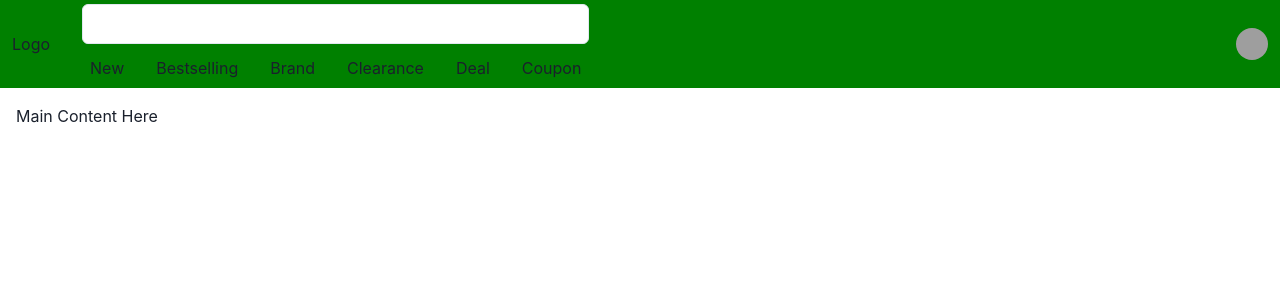
Repository: Vedprakas987/Shopee_cw24
Page: / (app in shopee_online/)
These files come from the project's save history. The page is drawn as it stood at one moment and after the next save; the edit follows.
The browser window is 1280 px wide. The pictures show the whole page.
Pictures or frames that could not be fetched are drawn as grey boxes. The project was rebuilt for these pictures with package versions that can differ from the ones it lists, and the page was loaded fresh each time.

Above is the page before, as saved 2022-12-15 21:18:54.

### shopee_online/src/index.js
import React from 'react';
import ReactDOM from 'react-dom/client';
import './index.css';
import App from './App';
import reportWebVitals from './reportWebVitals';
import { BrowserRouter } from 'react-router-dom';
import { ChakraProvider } from '@chakra-ui/react';
const root = ReactDOM.createRoot(document.getElementById('root'));
root.render(
  <ChakraProvider>
  <BrowserRouter>
    <App />
  </BrowserRouter>
  </ChakraProvider>

);

// If you want to start measuring performance in your app, pass a function
// to log results (for example: reportWebVitals(console.log))
// or send to an analytics endpoint. Learn more: https://bit.ly/CRA-vitals
reportWebVitals();

### shopee_online/src/App.js
import Navbar from "./Routes/Navbar";
function App() {
  return (
    <div className="App">
      <Navbar/>
    </div>
  );
}

export default App;

### shopee_online/src/Routes/Navbar.jsx
import { ReactNode } from 'react';
import { Input, VStack } from '@chakra-ui/react';
import {
  Box,
  Flex,
  Avatar,
  HStack,
  Link,
  IconButton,
  Button,
  Menu,
  MenuButton,
  MenuList,
  MenuItem,
  MenuDivider,
  useDisclosure,
  useColorModeValue,
  Stack,
} from '@chakra-ui/react';
import { HamburgerIcon, CloseIcon } from '@chakra-ui/icons';

const Links = ['New','Bestselling','Brand','Clearance','Deal','Coupon'];

const NavLink = ({ children }) => (
  <Link
    px={2}
    py={1}
    rounded={'md'}
    _hover={{
      textDecoration: 'none',
      bg: useColorModeValue('gray.200', 'gray.700'),
    }}
    href={'#'}>
    {children}
  </Link>
);

export default function Navbar() {
  const { isOpen, onOpen, onClose } = useDisclosure();

  return (
    <>
      <Box bg={useColorModeValue('green', 'green')} px={7} padding="12px">
        <Flex h={16} alignItems={'center'} justifyContent={'space-between'}>
          <IconButton
            size={'md'}
            icon={isOpen ? <CloseIcon /> : <HamburgerIcon />}
            aria-label={'Open Menu'}
            display={{ md: 'none' }}
            onClick={isOpen ? onClose : onOpen}
          />
          <HStack spacing={8} alignItems={'center'}>
            <Box>Logo</Box>
            <VStack>
                <Input bg="white" color="black"/>
            <HStack
              as={'nav'}
              spacing={4}
              display={{ base: 'none', md: 'flex' }}>
              {Links.map((link) => (
                <NavLink key={link}>{link}</NavLink>
              ))}
            </HStack>
            </VStack>
          </HStack>

          <Flex alignItems={'center'}>
            <Menu>
              <MenuButton
                as={Button}
                rounded={'full'}
                variant={'link'}
                cursor={'pointer'}
                minW={0}>
                <Avatar
                  size={'sm'}
                  src={
                    'https://images.unsplash.com/photo-1493666438817-866a91353ca9?ixlib=rb-0.3.5&q=80&fm=jpg&crop=faces&fit=crop&h=200&w=200&s=b616b2c5b373a80ffc9636ba24f7a4a9'
                  }
                />
              </MenuButton>
              <MenuList>
                <MenuItem>Link 1</MenuItem>
                <MenuItem>Link 2</MenuItem>
                <MenuDivider />
                <MenuItem>Link 3</MenuItem>
              </MenuList>
            </Menu>
          </Flex>
        </Flex>

        {isOpen ? (
          <Box pb={4} display={{ md: 'none' }}>
            <Stack as={'nav'} spacing={4}>
              {Links.map((link) => (
                <NavLink key={link}>{link}</NavLink>
              ))}
            </Stack>
          </Box>
        ) : null}
      </Box>

      <Box p={4}>Main Content Here</Box>
    </>
  );
}

Loaded but not shown: shopee_online/public/index.html (common file); shopee_online/src/index.css (common file); shopee_online/src/reportWebVitals.js (common file)

After the next save:
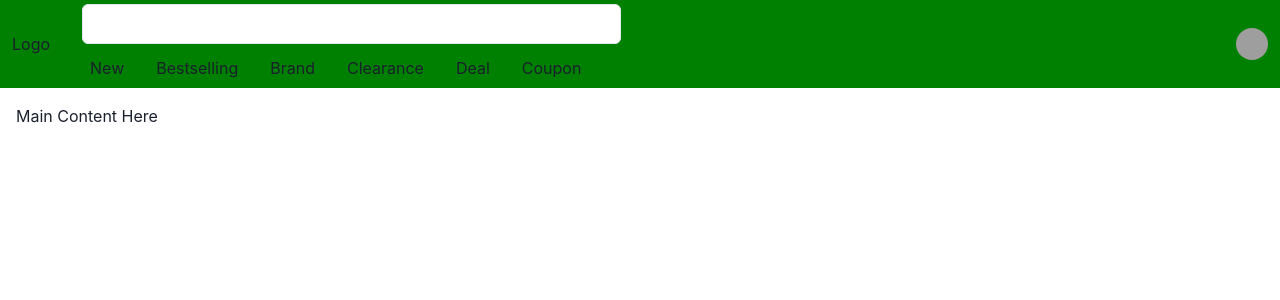
Saved 13 s later.
--- a/shopee_online/src/Routes/Navbar.jsx
+++ b/shopee_online/src/Routes/Navbar.jsx
@@ -19,7 +19,7 @@ import {
 } from '@chakra-ui/react';
 import { HamburgerIcon, CloseIcon } from '@chakra-ui/icons';
 
-const Links = ['New','Bestselling','Brand','Clearance','Deal','Coupon'];
+const Links = ['New','Bestselling','Brand','Clearance','Deal','Coupon',''];
 
 const NavLink = ({ children }) => (
   <Link
